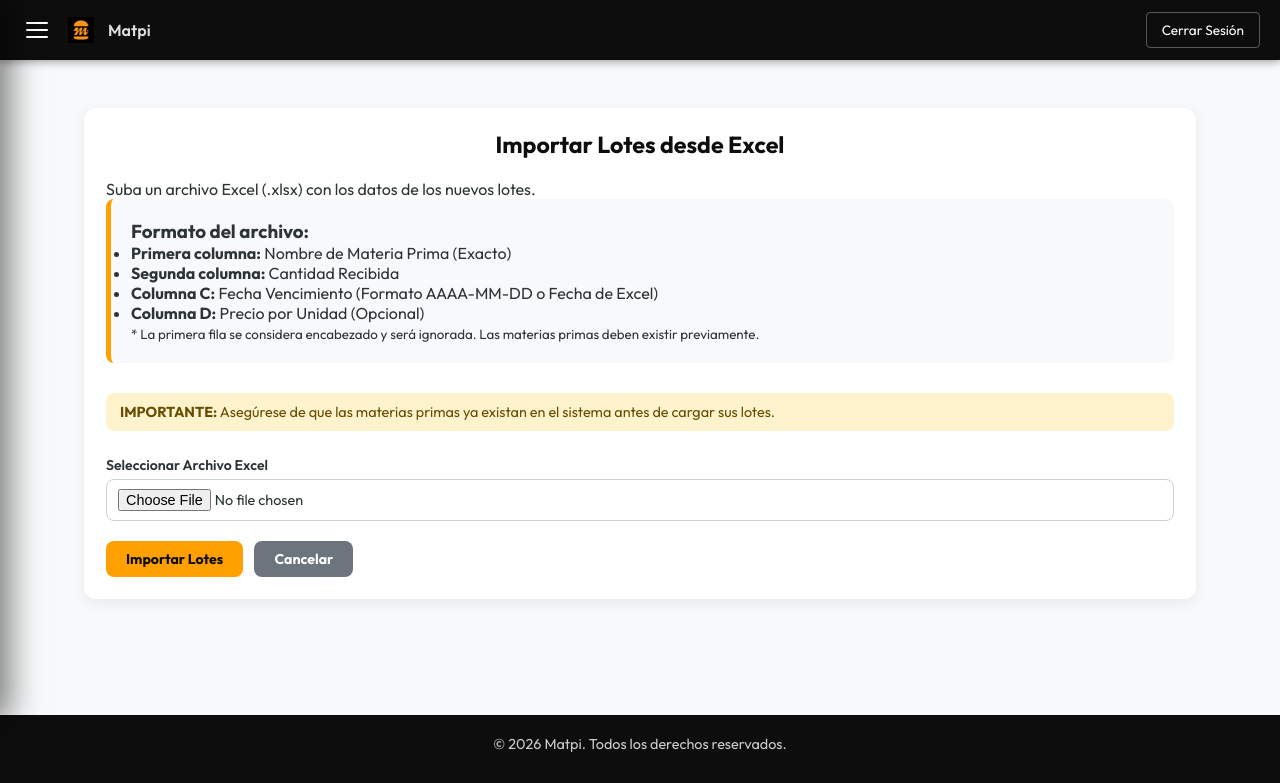
Repository: JuanFelipeNieto/MATPI-Python
Page: MATPI/materia_prima/templates/materia_prima/importar_lotes.html
The author's editor kept a copy of each file at every save. The page is drawn from the files as they stood at one save, then again after the next save.
The browser window is 1280 px wide. The pictures show the whole page.
The template is drawn by Django 5.2. The application's start-up code is not run. The template is opened directly, without the code that normally fills it, so the values that code supplies are empty.

Above is the page before, as saved 2026-03-21 16:42:55.

After the next save:
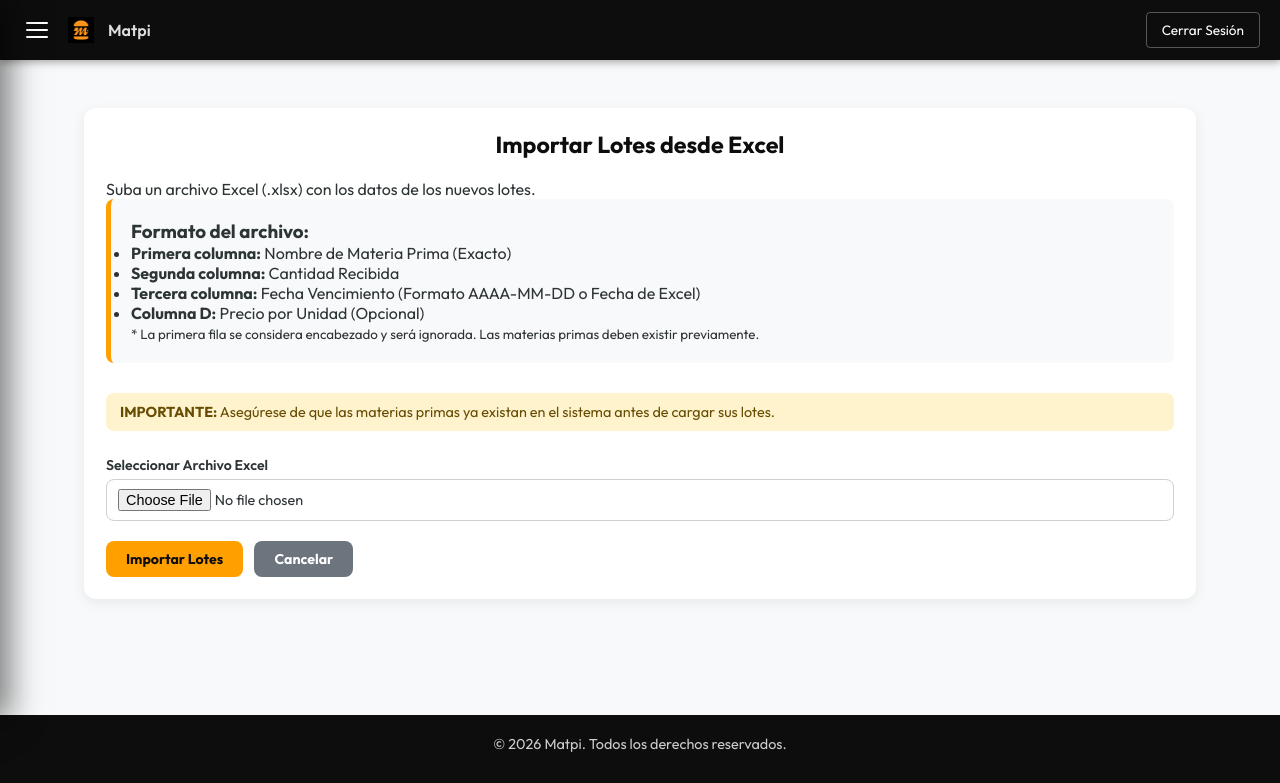
Saved 9 s later.
--- a/MATPI/materia_prima/templates/materia_prima/importar_lotes.html
+++ b/MATPI/materia_prima/templates/materia_prima/importar_lotes.html
@@ -12,7 +12,7 @@
         <ul>
             <li><strong>Primera columna:</strong> Nombre de Materia Prima (Exacto)</li>
             <li><strong>Segunda columna:</strong> Cantidad Recibida</li>
-            <li><strong>Columna C:</strong> Fecha Vencimiento (Formato AAAA-MM-DD o Fecha de Excel)</li>
+            <li><strong>Tercera columna:</strong> Fecha Vencimiento (Formato AAAA-MM-DD o Fecha de Excel)</li>
             <li><strong>Columna D:</strong> Precio por Unidad (Opcional)</li>
         </ul>
         <p><small>* La primera fila se considera encabezado y será ignorada. Las materias primas deben existir previamente.</small></p>
